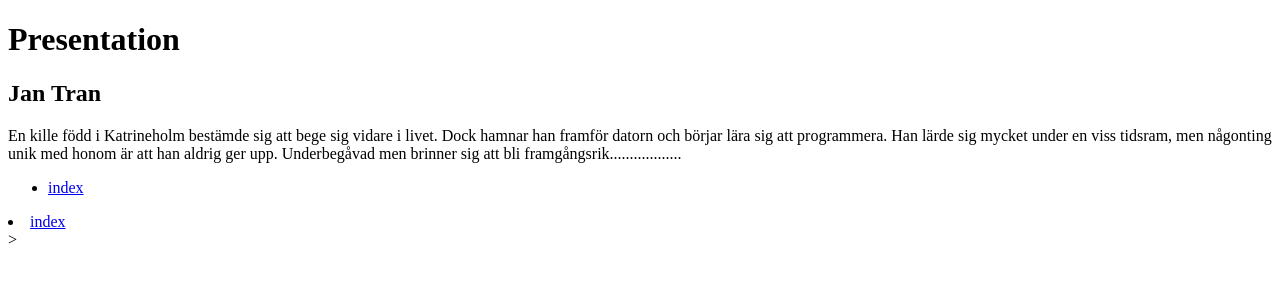
Repository: jt222ic/1ik415-jt222ic-lab-1
Page: pages/presentation.html
The author's editor kept a record of every edit. The page is drawn from the files as they stood at one moment, then again after the next edit.
The browser window is 1280 px wide. The pictures show the whole page.

Above is the page before.

After the next edit:
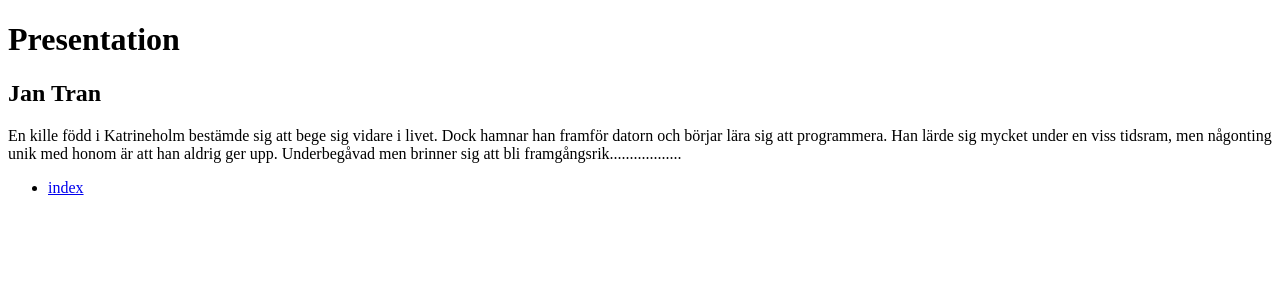
The edit:
--- a/pages/presentation.html
+++ b/pages/presentation.html
@@ -15,10 +15,16 @@
 
 
 
-    <ul>
+
+        </p>
+
+
+
+      <ul>
         <li><a href="index.html"> index</a></a>  </a></li>
     </ul>
-    <li><a href="index.html"> index</a></a>  </a></li>>
-        </p>
+
+
+
     </body>
 </html>
